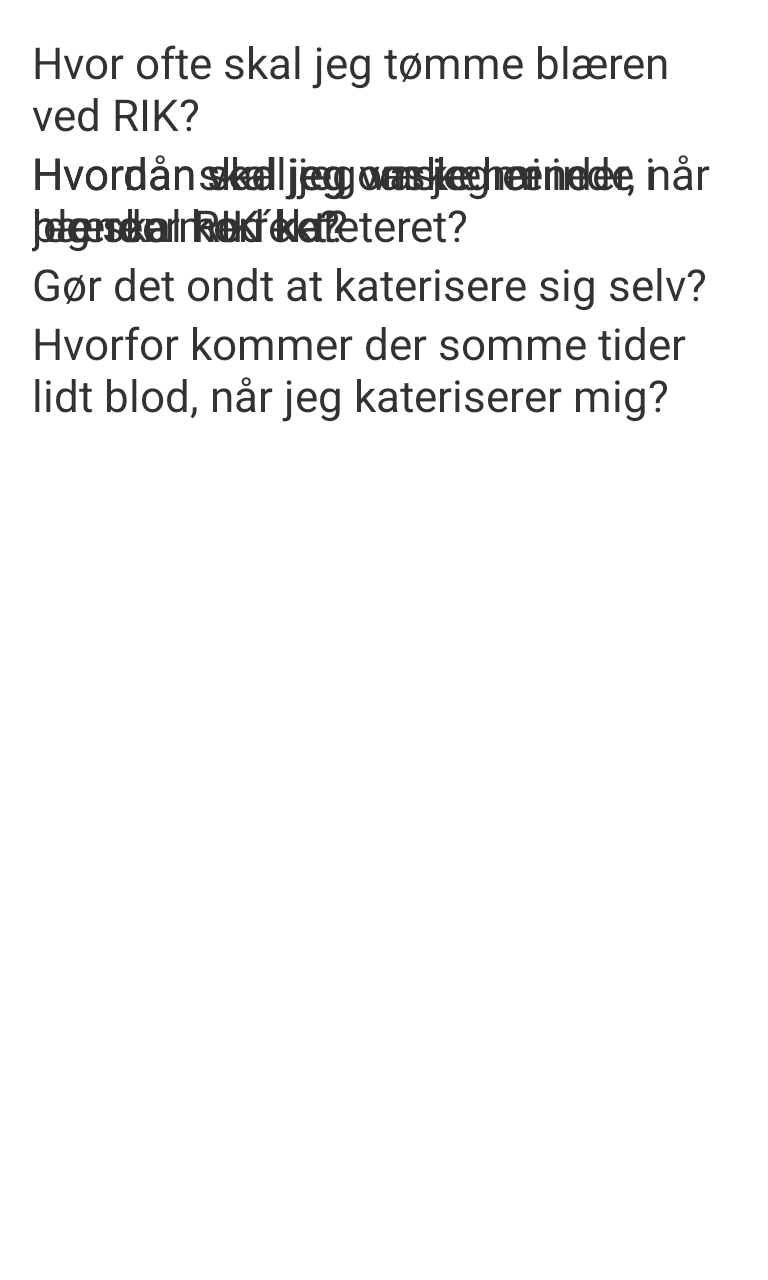
Repository: KingApollo/RIKapp2
Layout: RIKapp/res/layout/activity_information.xml
An editor plug-in stored every save of this project. The layout is shown before and after the next save, followed by the edit.
It is drawn on a 768 x 1280 px phone screen (xhdpi) without system bars, with theme android:Theme.Light.NoTitleBar; the app's code is not run.

Above is the layout before, as saved 2014-10-10 12:18:46.

### RIKapp/res/layout/activity_information.xml
<RelativeLayout xmlns:android="http://schemas.android.com/apk/res/android"
    xmlns:tools="http://schemas.android.com/tools"

    android:layout_width="match_parent"
    android:layout_height="match_parent"
    android:paddingBottom="@dimen/activity_vertical_margin"
    android:paddingLeft="@dimen/activity_horizontal_margin"
    android:paddingRight="@dimen/activity_horizontal_margin"
    android:paddingTop="@dimen/activity_vertical_margin"
    tools:context="dk.ucn.datamatiker.rikapp.Information"
    >

<TextView   android:id="@+id/tvHowOftenQuestion"
            android:text="@string/howOftenQuestion"
            android:textSize="22sp"
            android:clickable="true"
            android:onClick="toggle_contents"
            android:layout_width="wrap_content"
            android:layout_height="wrap_content"/>

<TextView
    android:id="@+id/tvWhenBladderQuestion"
    android:layout_width="wrap_content"
    android:layout_height="wrap_content"
    android:layout_alignLeft="@+id/tvHowOftenQuestion"
    android:layout_below="@+id/tvHowOftenQuestion"
    android:clickable="true"
    android:onClick="toggle_contents"
    android:text="@string/whenBladderQuestion"
    android:textSize="22sp" />

<TextView
    android:id="@+id/tvDoesItHurtQuestion"
    android:layout_width="wrap_content"
    android:layout_height="wrap_content"
    android:layout_alignLeft="@+id/tvHowOftenQuestion"
    android:layout_below="@+id/tvWhenBladderQuestion"
    android:clickable="true"
    android:onClick="toggle_contents"
    android:text="@string/doesItHurtQuestion"
    android:textSize="22sp" />

<TextView
    android:id="@+id/tvWhyBloodQuestion"
    android:layout_width="wrap_content"
    android:layout_height="wrap_content"
    android:layout_alignLeft="@+id/tvHowOftenQuestion"
    android:layout_below="@+id/tvDoesItHurtQuestion"
    android:clickable="true"
    android:onClick="toggle_contents"
    android:text="@string/whyBloodQuestion"
    android:textSize="22sp" />

<TextView
    android:id="@+id/tvHowHandWashQuestion"
    android:layout_width="wrap_content"
    android:layout_height="wrap_content"
    android:layout_alignLeft="@+id/tvHowOftenQuestion"
    android:layout_below="@+id/tvHowOftenQuestion"
    android:clickable="true"
    android:onClick="toggle_contents"
    android:text="@string/howHandWashQuestion"
    android:textSize="22sp" />

<TextView
    android:id="@+id/tvWhenHandWashQuestion"
    android:layout_width="wrap_content"
    android:layout_height="wrap_content"
    android:layout_alignLeft="@+id/tvHowOftenQuestion"
    android:layout_below="@+id/tvHowOftenQuestion"
    android:clickable="true"
    android:onClick="toggle_contents"
    android:text="@string/whenHandWashQuestion"
    android:textSize="22sp" />

</RelativeLayout>

### RIKapp/res/values/strings.xml
<?xml version="1.0" encoding="utf-8"?>
<resources>

    <string name="app_name">RIKapp</string>
    <string name="hello_world">Hello world!</string>
    <string name="action_settings">Settings</string>
    <string name="title_activity_hyg">Hyg</string>
    <string name="hygiejne_btn">Hygiejne</string>
    <string name="maaling_btn">Måling</string>
    <string name="title_activity_maalinger">Maalinger</string>
    <string name="skema_btn">Skema</string>
    <string name="title_activity_skema">Skema</string>
    <string name="title_activity_information">Information</string>
    <string name="howOftenAnswer">"Du har på sygehuset aftalt en hyppighed med sygeplejersken. Man kan ikke præcist aftale hvor mange gange man skal RIK'ke sig hver dag, idet det afhænger af årsagen til RIK. En tommelfingerregel er, at hvis du efter naturlig vandladning udtømmer mere end 100-150 ml. med kateter, kan du kateteriserer dig én gang mindre i døgnet. Den første uges tid kan det være en god idé at skrive ned, hvor meget du udtømmer. Du kan med jævne mellemrum kontrollere hvor meget du lader spontant og hvor meget du udtømmer med kateter."</string>
    <string name="howOftenQuestion">Hvor ofte skal jeg tømme blæren ved RIK?</string>
    <string name="test1">111111111111111111111111</string>
    <string name="test2">22222222222222222222222222</string>
    <string name="title_activity_how_often">HowOften</string>
    <string name="title_activity_kontakt">Kontakt</string>
    <string name="kontakt_btn">Kontakt</string>
    <string name="kontakt_text">"<b>Kontakt1</b> \n Kontaktperson: kp1 \n Tlf: 12345678 \n Email: kp1@e.dk
        \n\n<b>Kontakt2</b> \n Kontaktperson: kp2 \n Tlf: 87654321 \n Email: kp2@e.dk"</string>
    <string name="kontakt_title">"Kontakt"</string>
    <string name="mlInput_hint">Intast ml</string>
    <string name="save_btn_name">Log måling</string>
    <string name="noteInput_hint">Eventuelt note</string>
    <string name="title_activity_when_in_bladder">WhenInBladder</string>
    <string name="whenBladderQuestion">"Hvordan ved jeg om jeg er inde i blæren med kateteret?"</string>
	<string name="whenBladderAnswer">"Når urinen løber ud gennem kateret i toilettet, så er du i blæren. Vær opmærksom på, at kateteret ikke er langt oppe i blæren at hullerne på spidsen af kateteret kommer over niveau med urinen inde i blæren – så kan det nemlig ikke tømmes ud. Træk derfor kateteret langsom ud igen, og hvis der kommer mere urin, så vent til det ikke løber mere. Træk derefter resten ud i et jævnt træk.</string>
    <string name="doesItHurtQuestion">Gør det ondt at katerisere sig selv?</string>
    <string name="doesItHurtAnswer">""Nej, det gør ikke ondt, men du kan føle lidt ubehag i begyndelsen i urinrøret eller et kortvarigt jag i blæren. Hvis du oplever sådan et jag, så kan det skyldes at blærevæggen suges tæt til kateteret i blæren, når den tømmes. Det forsvinder hurtigt igen. "</string>
	<string name="whyBloodQuestion">Hvorfor kommer der somme tider lidt blod, når jeg kateriserer mig?</string>
	<string name="whyBloodAnswer">Det gør der, fordi der nemt kan komme en lille ridse i urinrørets slimhinde eller i blærens slimhinde. Det betyder ingenting, og er helt ufarligt. </string>
	<string name="whenHandWashQuestion">Hvornår skal jeg vaske hænder, når jeg skal RIK´ke?</string>
	<string name="whenHandWashAnswer">Det skal du før du påbegynder udtømningen. Det vil sige, at du finder det frem, som du skal bruge, og måske lukker du bukserne op og trækker bukserne ned. Så vasker du hænderne ifølge forskrifterne – klik her. Du skal også afslutte med at vaske hænderne, når du har tømt blæren for urin, og har trukket benklæderne op igen. Du skal tørre hænderne i et rent håndklæde/engangshåndklæde.</string>
	<string name="howHandWashQuestion">Hvordan skal jeg vaske mine hænder korrekt?</string>
	<string name="howHandWashAnswer">Du kan se videoen ved at klikke her</string>





</resources>

Loaded but not shown: RIKapp/res/values/dimens.xml (common file); RIKapp/res/values-w820dp/dimens.xml (common file)

After the next save:
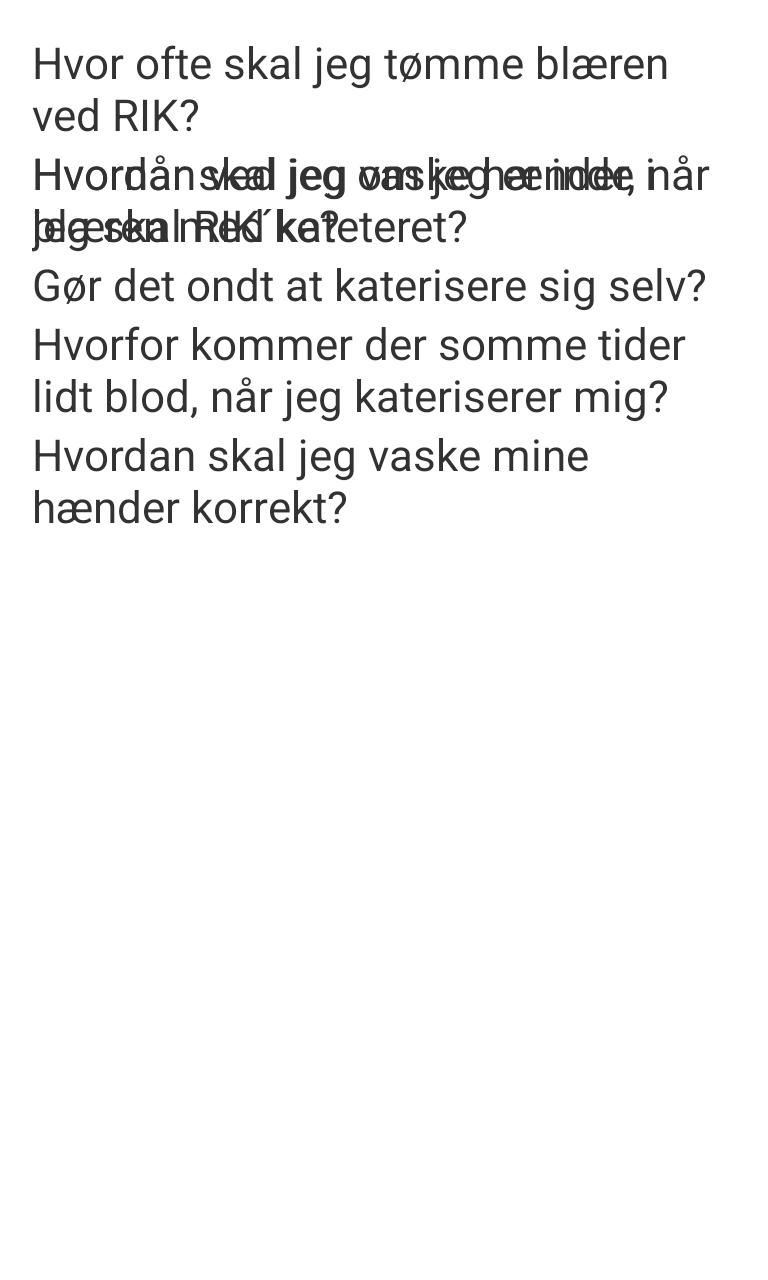
Saved 15 s later.
--- a/RIKapp/res/layout/activity_information.xml
+++ b/RIKapp/res/layout/activity_information.xml
@@ -56,7 +56,7 @@
     android:layout_width="wrap_content"
     android:layout_height="wrap_content"
     android:layout_alignLeft="@+id/tvHowOftenQuestion"
-    android:layout_below="@+id/tvHowOftenQuestion"
+    android:layout_below="@+id/tvWhyBloodQuestion"
     android:clickable="true"
     android:onClick="toggle_contents"
     android:text="@string/howHandWashQuestion"
